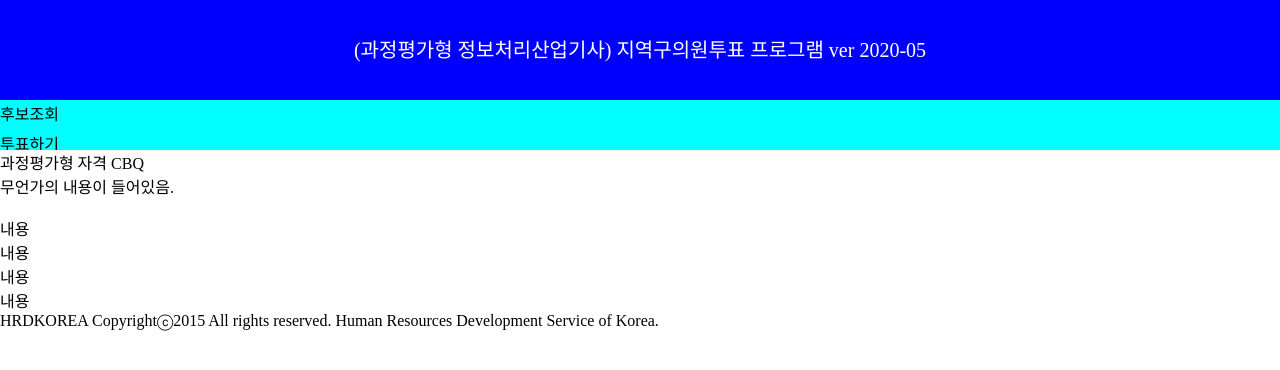
Repository: kayeunae/mvc-pattern
Page: http://localhost/VOTE_1234/
These files come from the project's save history. The page is drawn as it stood at one moment and after the next save; the edit follows.
The browser window is 1280 px wide. The pictures show the whole page.
The page is served by Tomcat 9.

Above is the page before, as saved 2022-12-21 05:03:37.

After the next save:
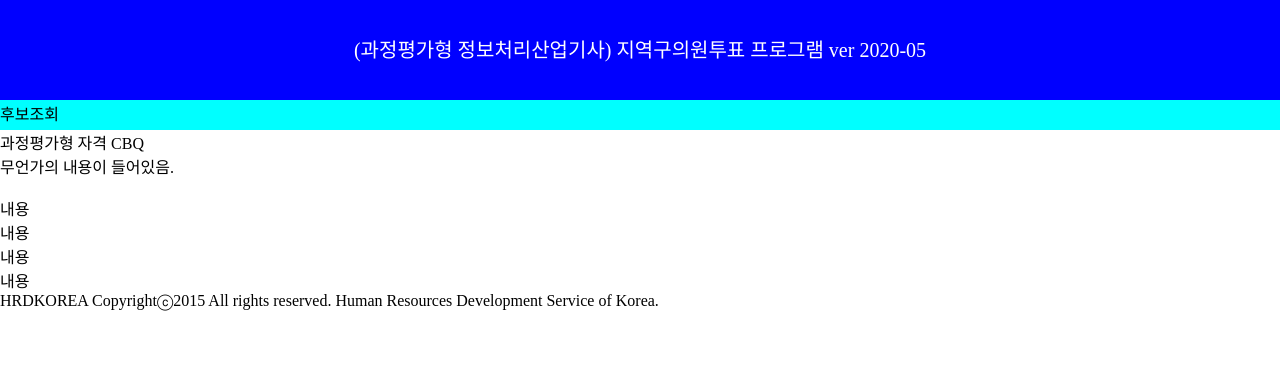
Saved 27 s later.
--- a/VOTE_1234/src/main/webapp/style.css
+++ b/VOTE_1234/src/main/webapp/style.css
@@ -19,9 +19,9 @@
 }
 
 nav {
-	height: 50px;
+	height: 30px;
+	line-height: 30px;
 	width: 100%;
-	line-height: 30px;
 	background: aqua;
 	overflow: hidden;
 }
